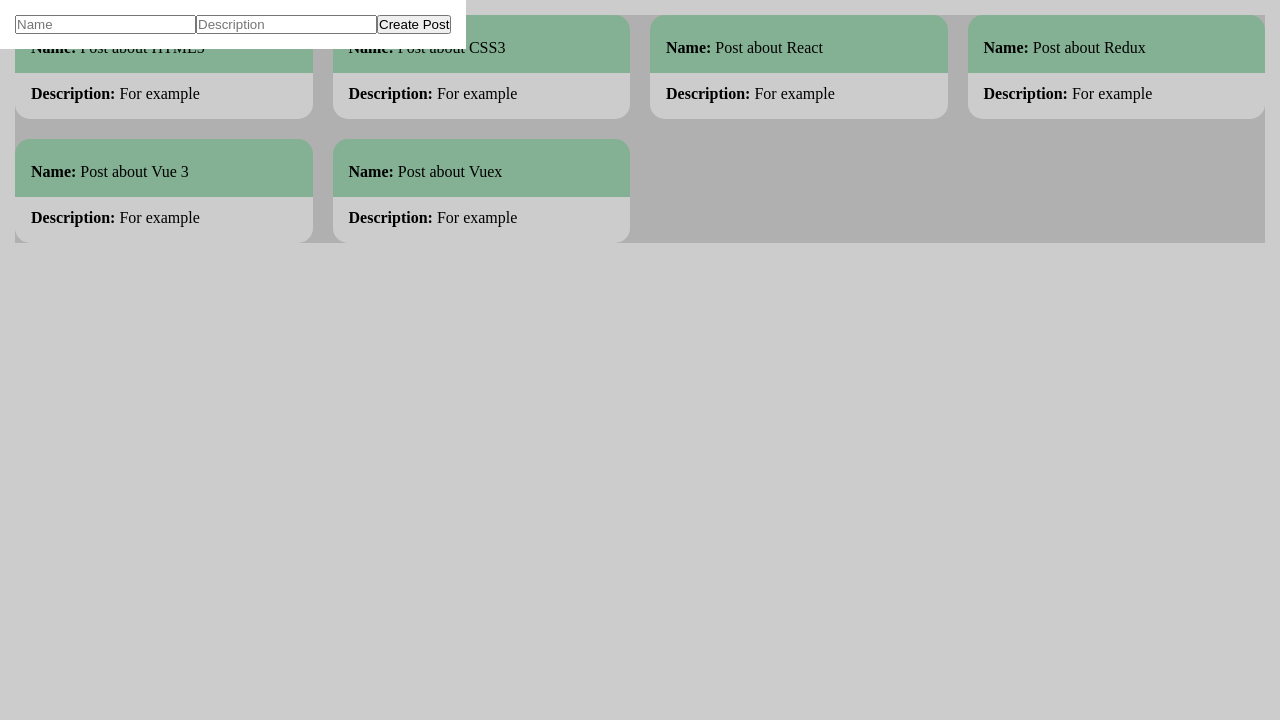
Repository: Axeliriya/vue-todo
Page: /
These files come from the project's save history. The page is drawn as it stood at one moment and after the next save; the edit follows.
The browser window is 1280 px wide. The pictures show the whole page.
The project was rebuilt for these pictures with package versions that can differ from the ones it lists, and the page was loaded fresh each time. Also part of the build but not shown: vue.config.js.

Above is the page before, as saved 2022-04-01 17:18:40.

After the next save:
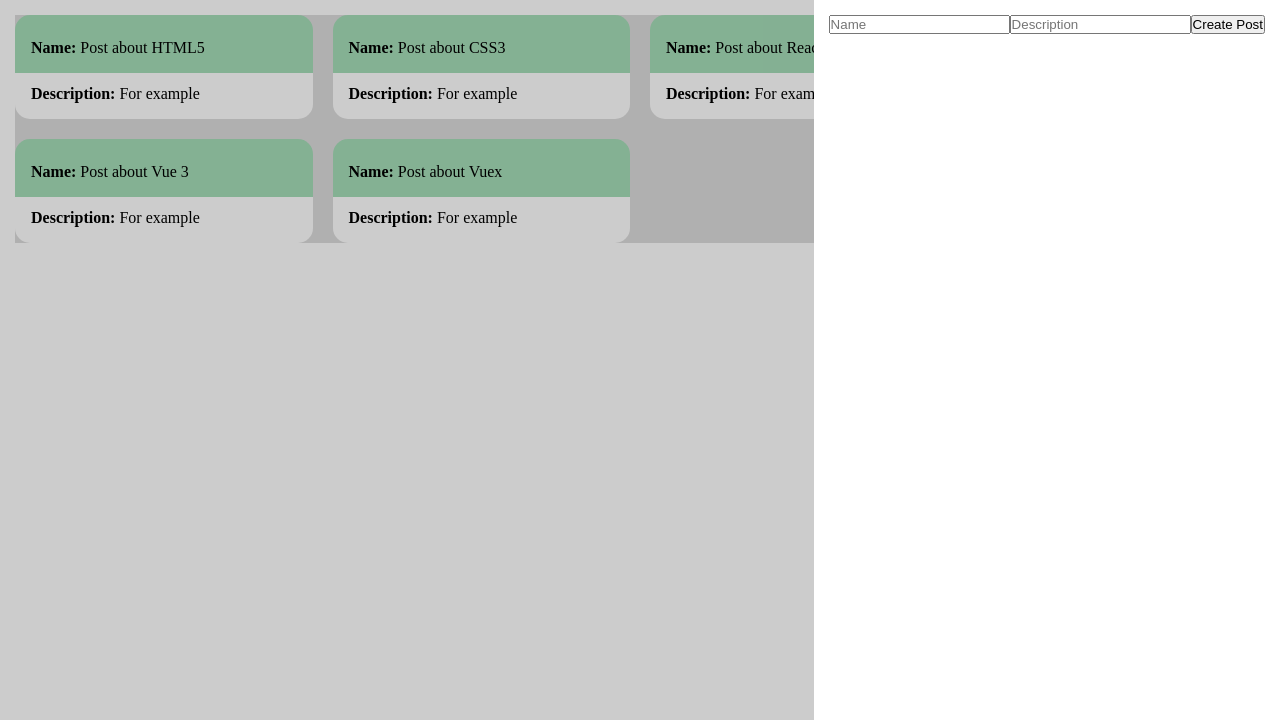
Saved 2 min 36 s later.
--- a/src/App.vue
+++ b/src/App.vue
@@ -67,13 +67,14 @@ img {
   height: 100vh;
   background-color: rgb(0, 0, 0, 0.2);
   display: flex;
+  justify-content: end;
 }
 
 .modal {
   padding: 15px;
   background-color: #fff;
-  align-self: flex-start;
-  justify-self: flex-end;
+  /* align-self: flex-start;
+  justify-self: flex-end; */
 }
 
 .posts {
